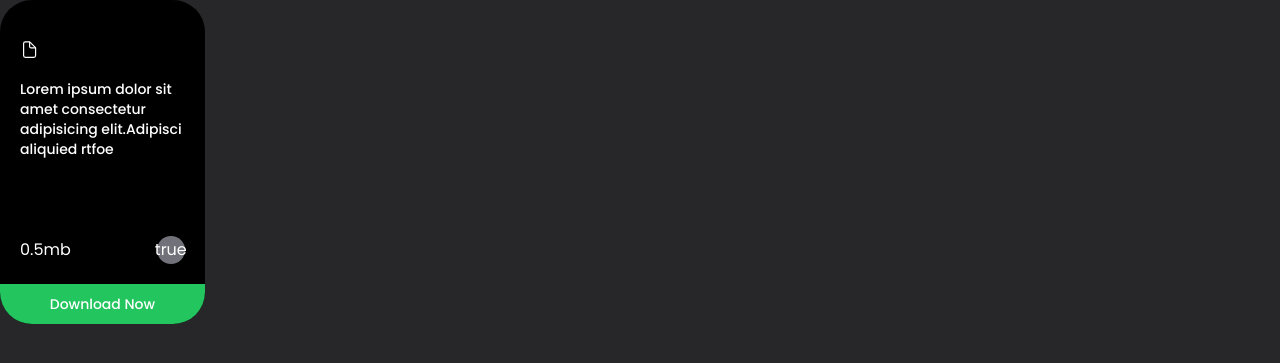
Repository: SharonSebastian32/dragable_cards
Page: /
An editor plug-in stored every save of this project. The page is shown before and after a run of saves, followed by the edit.
The browser window is 1280 px wide. The pictures show the whole page.
Some web fonts or font styles are not loaded; a fallback is used. The project was rebuilt for these pictures with package versions that can differ from the ones it lists, and the page was loaded fresh each time. Also part of the build but not shown: vite.config.js.

Above is the page before, as saved 2024-08-21 10:59:06.

After the next 4 saves:
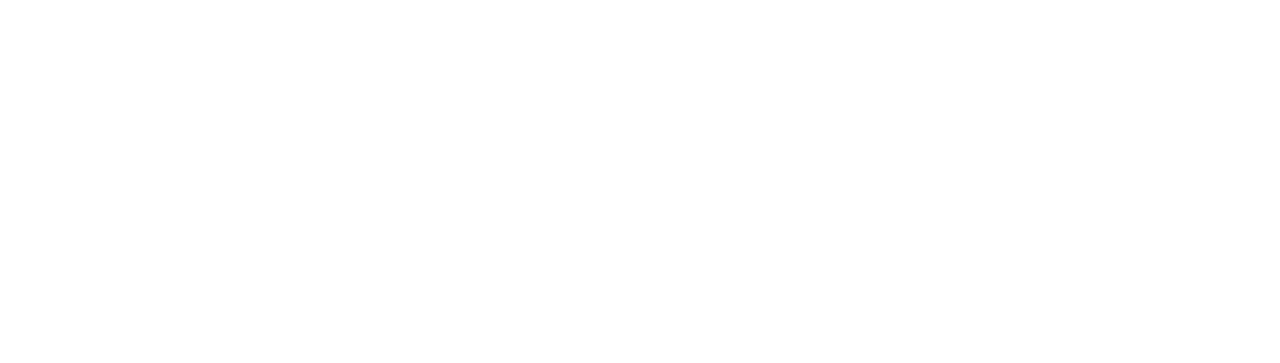
Console error: ReferenceError: IoCloseSharp is not defined
The 4 saves are shown as one change because 2 did not build or start and some came seconds apart.
The last was saved 95 s later.
--- a/src/Components/Card.jsx
+++ b/src/Components/Card.jsx
@@ -10,10 +10,8 @@
         <div className="flex items-center justify-between p-5">
           <h5>{data.fileSize}</h5>
           <span className="w-7 h-7 bg-zinc-500 rounded-full flex items-center justify-center cursor-pointer">
-                      {/* <LuDownload /> */}
-                      {
-                          data.close
-                      }
+            {/* <LuDownload /> */}
+            {data.close ? <IoCloseSharp /> : <LuDownload />}
           </span>
         </div>{" "}
         <div className="w-full h-10 bg-green-500 flex items-center justify-center cursor-pointer ">

After the 2 saves that followed:
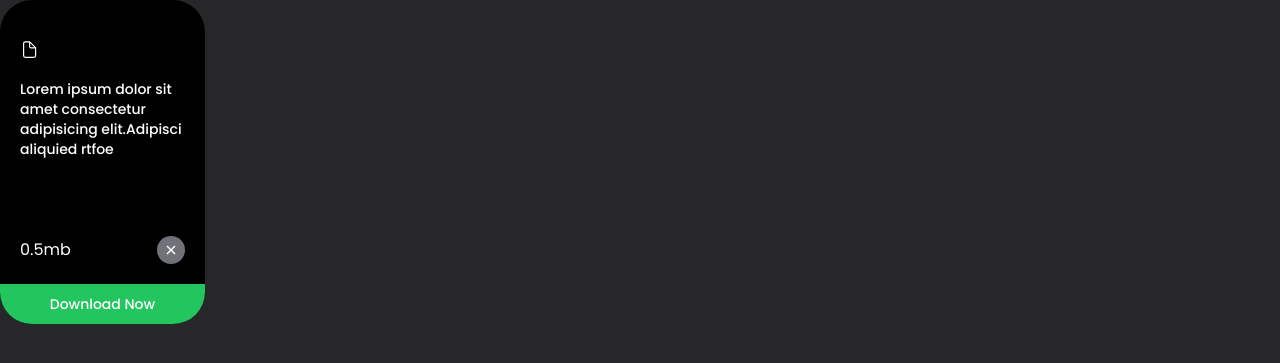
The error is gone.
The 2 saves are shown as one change because 1 left the picture as it was.
The last was saved 13 s later.
--- a/src/Components/Card.jsx
+++ b/src/Components/Card.jsx
@@ -1,5 +1,7 @@
 import { IoDocumentOutline } from "react-icons/io5";
 import { LuDownload } from "react-icons/lu";
+import { IoCloseSharp } from "react-icons/io5";
+
 const Card = ({ data }) => {
   return (
     <div className="w-[16vw] h-[45vh] rounded-[2rem] text-white px-5 py-10 bg-black relative overflow-hidden">
